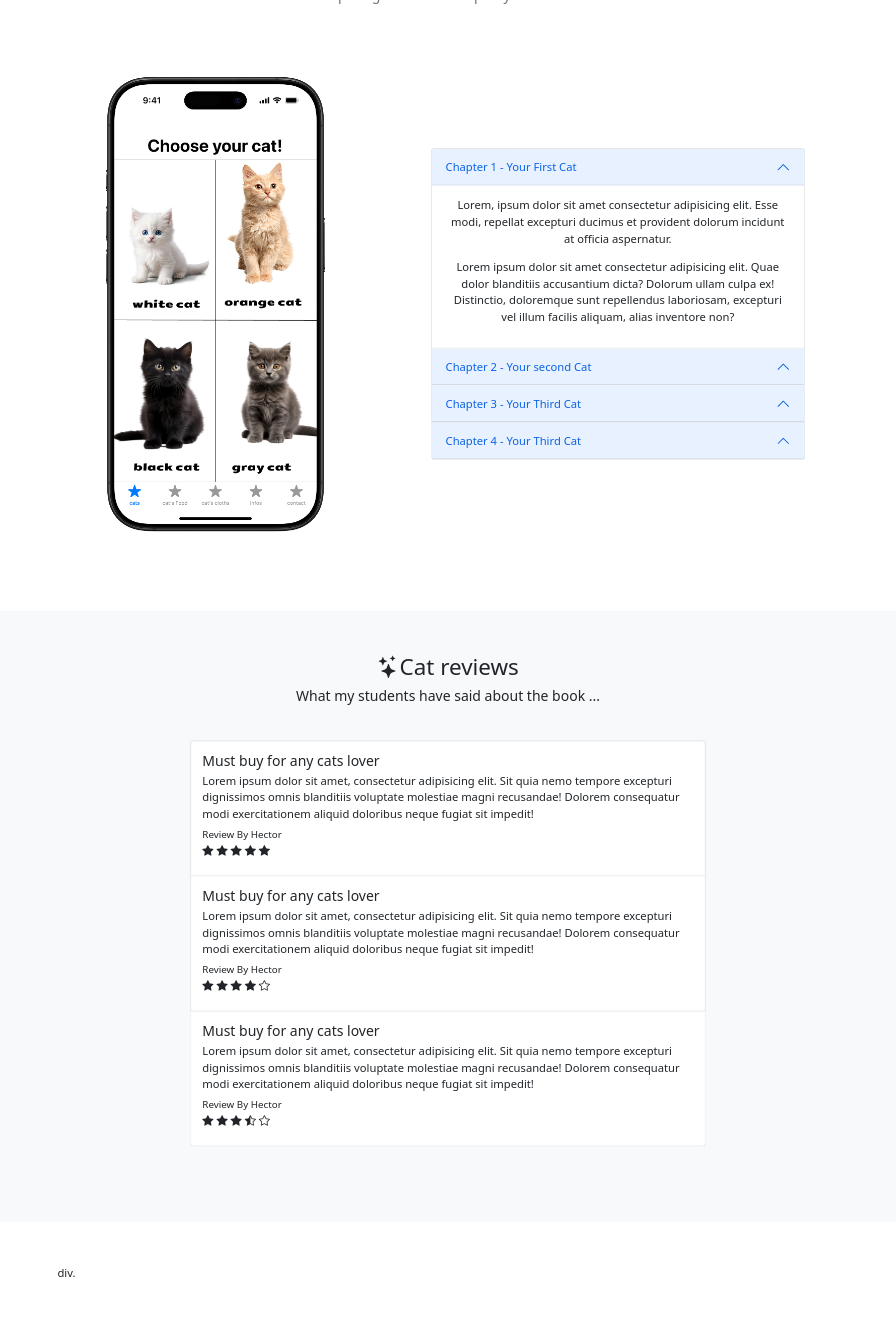
Repository: rihebtlh/catty-storefront
Page: index.html
These files come from the project's save history. The page is drawn as it stood at one moment and after a run of saves; the edit follows.
The browser window is 1280 px wide. The pictures show the part of the page from y = 1587 to 3507 px (the page is 3477 px tall before and 3507 px after), at 70% of full size.

Above is the page before, as saved 2025-06-18 16:48:21.

After the next 7 saves:
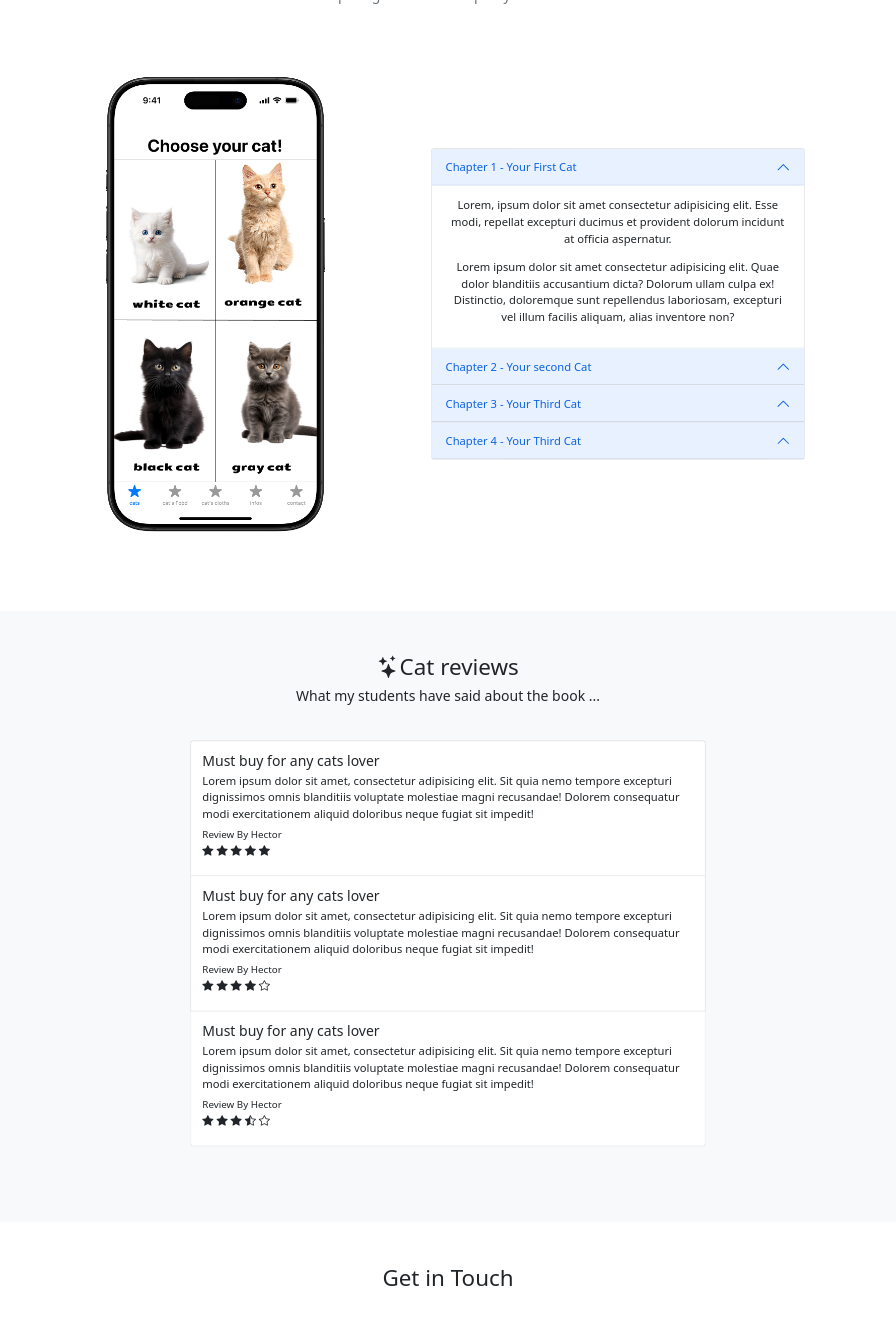
The 7 saves are shown as one change because they came seconds apart.
The last was saved 23 s later.
--- a/index.html
+++ b/index.html
@@ -274,7 +274,10 @@
     <!-- form-control, form-label, form-select, input-group-text -->
     <section id="contact">
       <div class="container-lg">
-        div.
+        <div class="text-center">
+          <h2>Get in Touch</h2>
+          <p></p>
+        </div>
       </div>
     </section>
     <!-- get updates / modal trigger -->
